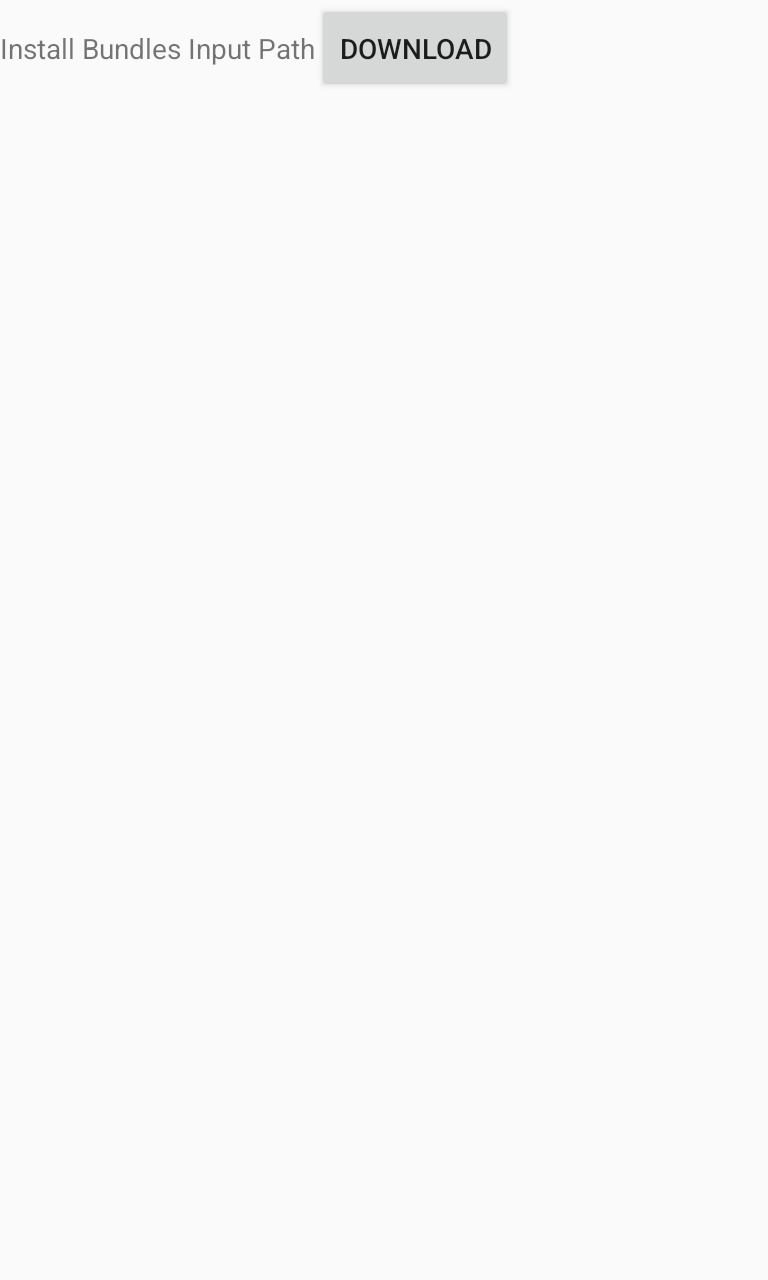
Repository: theodosiac/gyroscope_Rest_Android
Layout: HelloFelix/res/layout/activity_main.xml
These files come from the project's save history. The layout is drawn as it stood at one moment and after the next save; the edit follows.
It is drawn on a 768 x 1280 px phone screen (xhdpi) without system bars, with theme AppTheme; the app's code is not run.

Above is the layout before, as saved 2015-03-25 18:52:58.

After the next save:
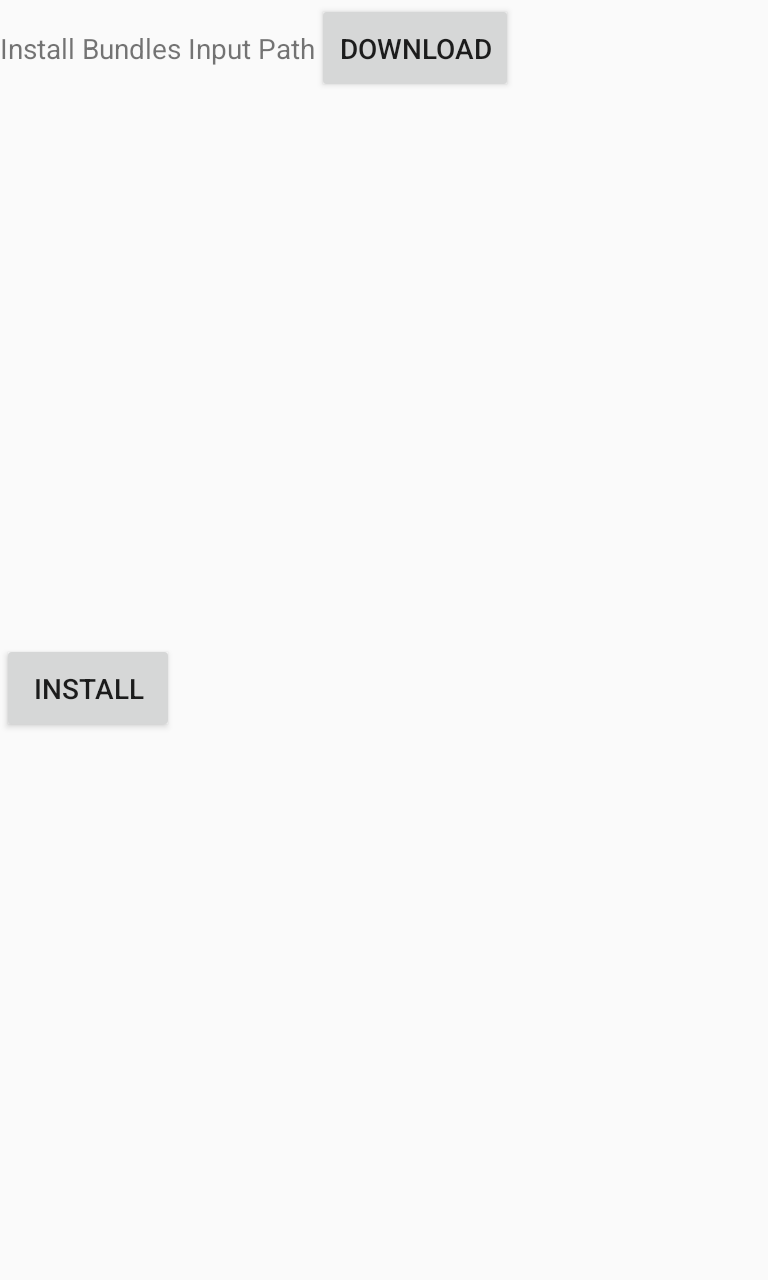
Saved 108 s later.
--- a/HelloFelix/res/layout/activity_main.xml
+++ b/HelloFelix/res/layout/activity_main.xml
@@ -7,7 +7,7 @@
 
     	<LinearLayout
 		    android:layout_width="match_parent"
-		    android:layout_height="match_parent"
+		    android:layout_height="wrap_content"
 		    android:orientation="horizontal">
  		     <TextView
 		        android:id="@+id/textView1"
